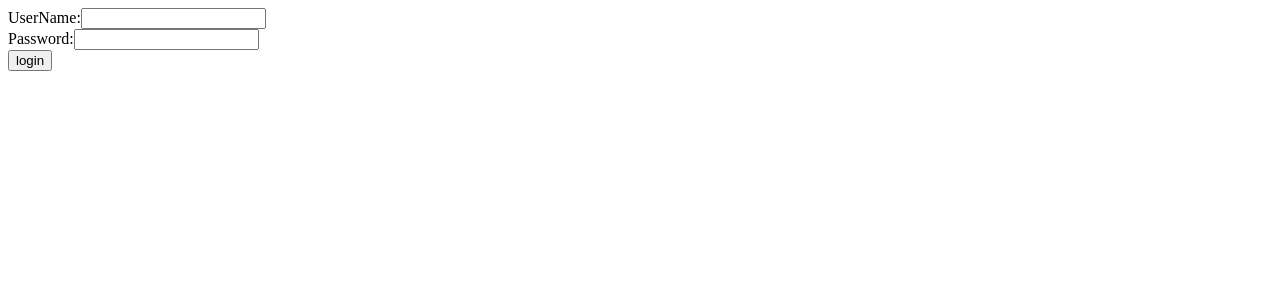
Repository: harshalpatil1997/harshal
Page: http://localhost/JSPDemo/
The author's editor kept a copy of each file at every save. The page is drawn from the files as they stood at one save, then again after the next save.
The browser window is 1280 px wide. The pictures show the whole page.
The page is served by Tomcat 9. Other server files are loaded and not shown.

Above is the page before, as saved 2019-11-19 13:47:26.

### JSPDemo/WebContent/Login.jsp
<%@ page language="java" contentType="text/html; charset=UTF-8"
    pageEncoding="UTF-8"%>
<!DOCTYPE html>
<html>
<head>
<meta charset="UTF-8">
<title>Insert title here</title>
</head>
<body>
<form action="login" method="get">
		UserName:<input type="text" name="name" ><br>
		Password:<input type="password" name="pass" ><br>
		<input type="submit" name="btn" value="login">
	</form>
</body>
</html>

After the next save:
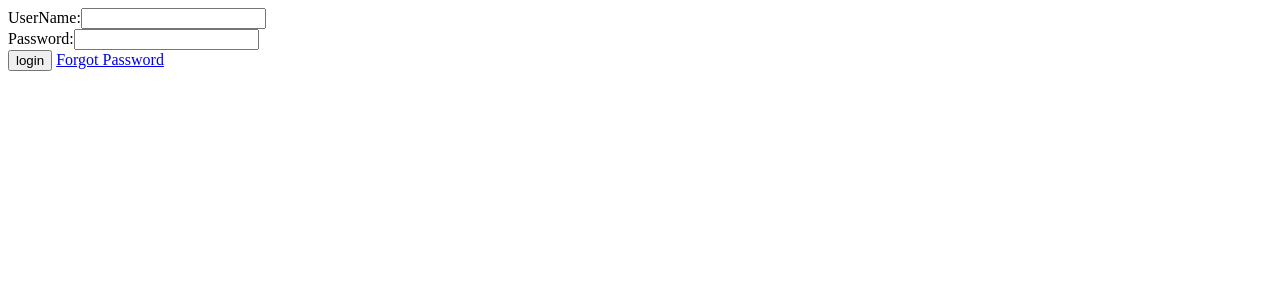
Saved 98 s later.
--- a/JSPDemo/WebContent/Login.jsp
+++ b/JSPDemo/WebContent/Login.jsp
@@ -11,6 +11,7 @@
 		UserName:<input type="text" name="name" ><br>
 		Password:<input type="password" name="pass" ><br>
 		<input type="submit" name="btn" value="login">
+		<a href="forgot.jsp">Forgot Password</a>
 	</form>
 </body>
 </html>
